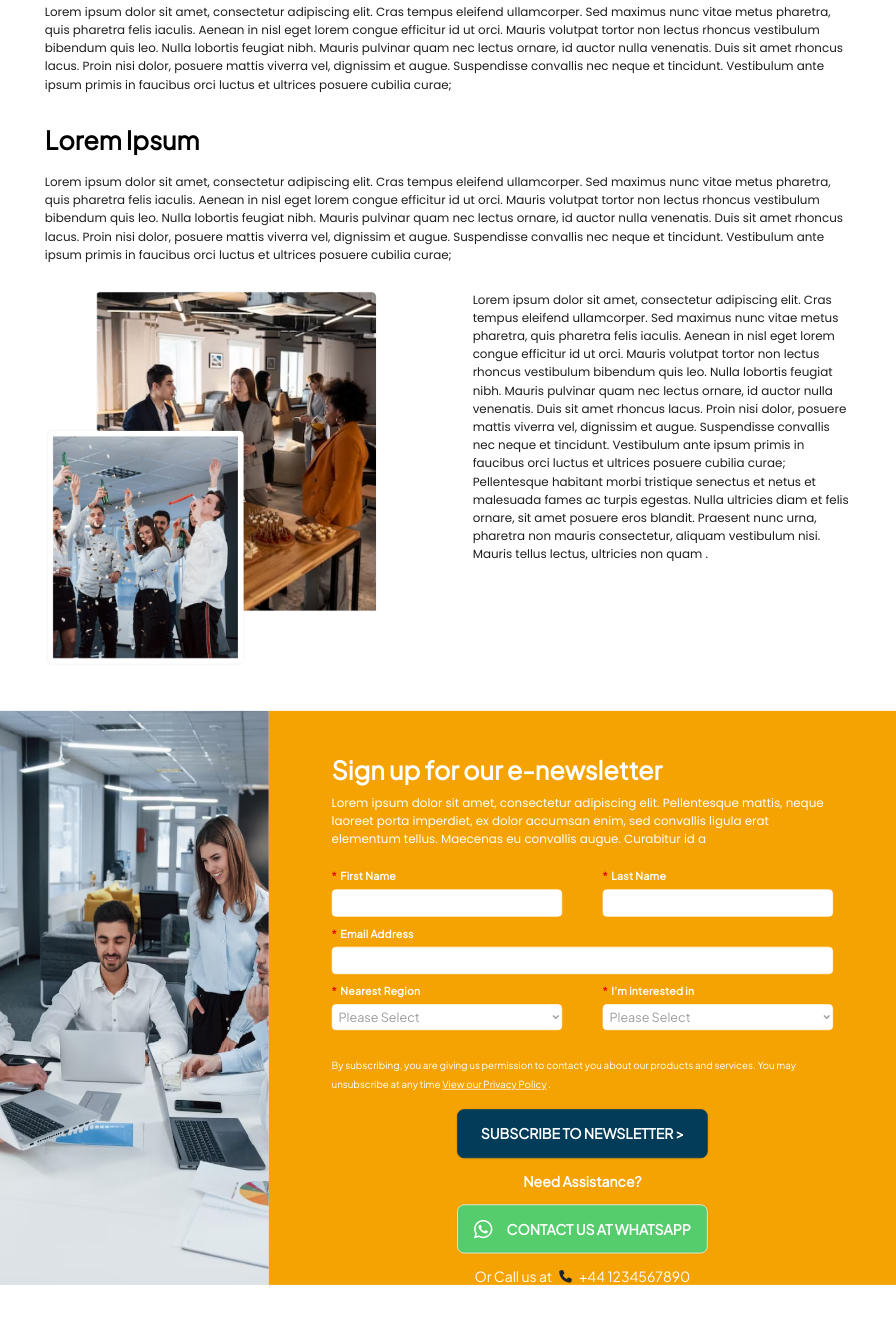
Repository: Akash8377/Hospitality-website
Page: /about-us
An editor plug-in stored every save of this project. The page is shown before and after the next save, followed by the edit.
The browser window is 1280 px wide. The pictures show the part of the page from y = 791 to 2711 px (the page is 2691 px tall before and 2711 px after), at 70% of full size.
Some web libraries are served in a nearby version. The project was rebuilt for these pictures with package versions that can differ from the ones it lists, and the page was loaded fresh each time. Also part of the build but not shown: src/Component/Partial/heading-cont.js, src/Component/Shared/about-us.js, src/Component/Shared/Banner.js, src/Component/Shared/popular-jobs.js, src/Component/Sliders/ServiceSlider.js, src/Component/Sliders/ReviewSlider.js, src/Component/Partial/index-banner.js, src/Component/Partial/index-buisness-banner.js and 2 more.

Above is the page before, as saved 2023-07-07 12:26:25.

### public/index.html
<!-- @format -->

<!DOCTYPE html>
<html lang="en">
  <head>
    <meta charset="utf-8" />
    <link rel="icon" href="%PUBLIC_URL%/favicon.ico" />
    <meta name="viewport" content="width=device-width, initial-scale=1" />
    <meta name="theme-color" content="#000000" />
    <meta
      name="description"
      content="Web site created using create-react-app"
    />
    <link rel="apple-touch-icon" href="%PUBLIC_URL%/logo192.png" />
    <link rel="manifest" href="%PUBLIC_URL%/manifest.json" />

    <link rel="preconnect" href="https://fonts.googleapis.com" />
    <link rel="preconnect" href="https://fonts.gstatic.com" crossorigin />
    <link href="https://fonts.googleapis.com/css2?family=Plus+Jakarta+Sans&family=Poppins&display=swap" rel="stylesheet">
    <title>React App</title>
  </head>
  <body>
    <noscript>You need to enable JavaScript to run this app.</noscript>
    <div id="root"></div>
  </body>
  <script src="https://kit.fontawesome.com/b533b351e4.js" crossorigin="anonymous"></script>
</html>

### src/Css/Lap.css
/** @format */

/* Home Page Banner */
.Banner {
  min-height: 600px;
  max-height: 800px;
  width: 100%;
  background-image: url("../../public/Image/1.png");
  background-size: cover;
  background-repeat: no-repeat;
  position: relative;
}
.Banner h2 {
  color: #fff;
  text-align: center;
  font-size: 60px;
  font-family: Plus Jakarta Sans;
  font-style: normal;
  font-weight: 700;
  line-height: 90px;
}
.Banner p {
  color: rgba(255, 255, 255, 0.7);
  text-align: center;
  font-size: 17px;
  font-family: Plus Jakarta Sans;
  font-style: normal;
  font-weight: 400;
  line-height: 28px;
}

.Banner .two_button {
  display: flex;
  justify-content: center;
  gap: 20px;
}
.Banner .two_button button {
  border-radius: 10px;
  background: #033c59;
  border: 1px solid #033c59;
  box-shadow: 0px 0px 3px 0px rgba(60, 72, 88, 0.15);
  width: 457px;
  color: #fff;
  height: 92px;
  color: #fff;
  font-size: 28px;
  font-family: Plus Jakarta Sans;
  font-style: normal;
  font-weight: 700;
  line-height: normal;
  display: flex;
  justify-content: center;
  align-items: center;
  gap: 20px;
}

.Banner .Bottom_Button {
  border-radius: 10px;
  background: #f5a302;
  box-shadow: 0px 0px 3px 0px rgba(60, 72, 88, 0.15);
  color: #fff;
  text-align: center;
  font-size: 28px;
  font-family: Plus Jakarta Sans;
  font-style: normal;
  font-weight: 700;
  border: 1px solid #f5a302;
  height: 92px;
  width: 666px;
  display: flex;
  justify-content: center;
  align-items: center;
  gap: 20px;
  margin: auto;
  margin-top: 20px;
}

.Banner .content {
  position: absolute;
  top: 50%;
  left: 50%;
  transform: translate(-50%, -50%);
}

/* -------------------------- */

/* Home Page About us Section */
.Three_Div {
  display: flex;
  justify-content: space-evenly;
  gap: 20px;
  flex-wrap: wrap;
  margin-top: 2%;
  padding: 20px;
}
.Three_Div .Item {
  width: 357.126px;
}
.Three_Div .Item .upper {
  width: 100%;
  height: 381.393px;
  position: relative;
  background-image: url("../../public/Image/2.png");
}
.Three_Div .Item .upper .head {
  color: #fff;
  text-align: center;
  font-size: 36px;
  font-family: Plus Jakarta Sans;
  font-style: normal;
  font-weight: 600;
  max-width: 100%;
  width: 100%;
  margin: auto;
  position: absolute;
  bottom: 30px;
  left: 50%;
  transform: translate(-50%);
}
.Three_Div .Item .desc {
  color: #1d1d1d;
  text-align: center;
  font-size: 14px;
  font-family: Poppins;
  font-style: normal;
  font-weight: 400;
  line-height: normal;
  margin-top: 20px;
}
.Three_Div .Item button {
  border-radius: 6px;
  border: 1px solid #f5a302;
  background: #fef6e6;
  padding: 5px 21.02px 5px 21px;
  display: block;
  margin: auto;
  color: #f5a302;
  text-align: center;
  font-size: 15px;
  font-family: Plus Jakarta Sans;
  font-style: normal;
  font-weight: 600;
  line-height: 28px;
  letter-spacing: 0.375px;
}

/* Home Page Heading Container*/
.Center_Heading {
  margin-top: 5%;
}
.Center_Heading h5 {
  color: #161c2d;
  text-align: center;
  font-size: 36px;
  font-family: Plus Jakarta Sans;
  font-style: normal;
  font-weight: 600;
  line-height: 39px;
}
.Center_Heading .desc {
  color: #1d1d1d;
  text-align: center;
  font-size: 14px;
  font-family: Poppins;
  font-style: normal;
  font-weight: 400;
  line-height: normal;
  max-width: 600px;
  margin: auto;
}

/* Home Page Popular Jobs */
.Popular_Jobs {
  padding: 20px;
}
.Popular_Jobs table {
  table-layout: fixed;
  width: 90%;
  margin: auto;
  text-align: center;
}
.Popular_Jobs table tbody td .flex-cont {
  display: flex;
  gap: 5px;
  justify-content: center;
  align-items: center;
}

.Popular_Jobs table tbody tr {
  margin-top: 30px 0 !important;
  border-radius: 4px;
  background: rgba(255, 255, 255, 0);
  box-shadow: 0px 0px 3px 0px rgba(60, 72, 88, 0.15);
  border: 1px solid rgba(255, 255, 255, 0);
}
.Popular_Jobs table tbody tr td {
  padding: 10px;
}
.Popular_Jobs table tbody td .flex-cont p {
  color: #161c2d;
  font-size: 17px;
  font-family: Plus Jakarta Sans;
  font-style: normal;
  font-weight: 600;
  line-height: 28px;
  margin: 0;
}
.Popular_Jobs table tbody td .flex-cont button {
  border-radius: 6px;
  border: 1px solid #005479;
  background: #005479;
  color: #fff;
  text-align: center;
  font-size: 15px;
  font-family: Plus Jakarta Sans;
  font-style: normal;
  font-weight: 600;
  line-height: 28px;
  letter-spacing: 0.375px;
}
.Popular_Jobs table tbody td .flex-cont i {
  color: #005479;
  width: 40px;
  height: 40px;
  border: 1px solid #005479;
  text-align: center;
  border-radius: 100%;
  background-color: rgba(3, 0, 129, 0.05);
  padding: 10px;
}
.Popular_Jobs table tbody td .flex-vertical-cont {
  display: flex;
  flex-direction: column;
}
.Popular_Jobs table tbody td .flex-vertical-cont p {
  margin: 0;
  color: #161c2d;
  font-size: 15px;
  font-family: Plus Jakarta Sans;
  font-style: normal;
  font-weight: 700;
  line-height: 28px;
}
.Popular_Jobs table tbody td .flex-vertical-cont select {
  border-radius: 6px;
  border: 1px solid #777;
  background: #eee;
  width: 164px;
  margin: auto;
  outline: none;
  color: #777;
  font-size: 14px;
  font-family: Plus Jakarta Sans;
  font-style: normal;
  font-weight: 400;
  line-height: 20px;
}
.Popular_Jobs table tbody td .flex-vertical-cont div {
  display: flex;
  gap: 5px;
  align-items: center;
  justify-content: center;
}
.Popular_Jobs table tbody td .flex-vertical-cont div p {
  color: #94a3b8;
  font-size: 15px;
  font-family: Plus Jakarta Sans;
  font-style: normal;
  font-weight: 400;
  line-height: 28px;
}
.Popular_Jobs table tbody td .flex-vertical-cont div i {
  color: #94a3b8;
}

/* Home Page Service Slider */
.Service_Slider_Container {
  position: relative;
  margin-top: 20px;
}
.Service_Slider_Container .Service_Slider .Main {
  width: 421px !important;
  height: 506px !important;
  position: relative;
  display: block !important;
  margin: auto;
}
.Service_Slider_Container .Service_Slider .Main img {
  position: absolute;
  top: 0;
  bottom: 0;
  left: 0;
  right: 0;
  z-index: -1;
}
.Service_Slider_Container .slick-arrow {
  display: none !important;
}

.Service_Slider_Container .Service_Slider .Main .head {
  color: #fff;
  text-align: center;
  font-size: 36px;
  font-family: Plus Jakarta Sans;
  font-style: normal;
  font-weight: 600;
  line-height: 28px;
  position: absolute;
  top: 50%;
  left: 50%;
  transform: translate(-50%, -50%);
  width: 100%;
}
.Service_Slider_Container .Service_Slider .Main button {
  display: flex;
  gap: 10px;
  align-items: center;
  border-radius: 6px;
  border: 1px solid #fff;
  background: #fff;
  width: 148.49px;
  height: 37.865px;
  color: #000;
  text-align: center;
  font-size: 15px;
  font-family: Plus Jakarta Sans;
  font-style: normal;
  font-weight: 600;
  line-height: 28px;
  letter-spacing: 0.375px;
  position: absolute;
  top: 70%;
  left: 50%;
  transform: translate(-50%, -50%);
  text-align: center;
  justify-content: center;
}

/* Home Page Review Slider */
.Review_Slider_Container {
  position: relative;
  margin-top: 30px;
  margin-bottom: 20px;
}
.Review_Slider_Container .Review_Slider .Main {
  width: 357px !important;
  height: 466px !important;
  position: relative;
  display: block !important;
  margin: auto;
  background: #fff;
  box-shadow: 0px 20px 40px 10px rgba(159, 159, 159, 0.15),
    0px -10px 50px 0px rgba(0, 0, 0, 0.1);
  padding: 20px;
}

.Review_Slider_Container .slick-arrow {
  display: none !important;
}
.Review_Slider_Container .Review_Slider .Main .User_Profile {
  display: flex;
  justify-content: space-between;
  max-width: 90%;
  gap: 10px;
  align-items: center;
}

.Review_Slider_Container .Review_Slider .Main .User_Profile img {
  width: 73px;
  height: 73px;
  border-radius: 100%;
}
.Review_Slider_Container .Review_Slider .Main .User_Profile p {
  margin: 0;
}

.Review_Slider_Container .Review_Slider .Main .User_Profile div .head {
  color: #000;
  font-size: 22px;
  font-family: Plus Jakarta Sans;
  font-style: normal;
  font-weight: 700;
  line-height: 39px;
}
.Review_Slider_Container .Review_Slider .Main .User_Profile div .desc {
  color: #9c9c9c;
  font-size: 15px;
  font-family: Plus Jakarta Sans;
  font-style: normal;
  font-weight: 700;
  line-height: 39px;
}

.Review_Slider_Container .Review_Slider .Main .Reviews {
  display: flex;
  align-items: center;
  justify-content: space-between;
  margin-top: 10px;
}
.Review_Slider_Container .Review_Slider .Main .Reviews div {
  display: flex;
  gap: 5px;
}
.Review_Slider_Container .Review_Slider .Main .Reviews div i {
  color: #ffc107;
  font-size: 23px;
}

.Review_Slider_Container .Review_Slider .Main .Reviews p {
  margin: 0;
  color: #9c9c9c;
  font-size: 15px;
  font-family: Plus Jakarta Sans;
  font-style: normal;
  font-weight: 700;
  line-height: 39px;
}
.Review_Slider_Container .Review_Slider .Main .content {
  text-align: left;
  margin-top: 10px;
}
.Review_Slider_Container .Review_Slider .Main .content p {
  color: #000;
  font-size: 17px;
  font-family: Plus Jakarta Sans;
  font-style: normal;
  font-weight: 400;
  line-height: 28px;
}

/* Index Two Sec Banner */
.Index_Banner_Two_Sec {
  display: flex;
  width: 90%;
  margin: auto;
  align-items: stretch;
  margin-top: 2%;
  justify-content: center;
  height: 550px;
  max-width: 1200px;
  margin-bottom: 20px;
}
.Index_Banner_Two_Sec .left {
  width: 30%;
  display: flex;
  justify-content: flex-end;
}
.Index_Banner_Two_Sec .left img {
  width: auto;
  max-height: 100%;
}

.Index_Banner_Two_Sec .right {
  width: 70%;
  background-color: #f5a302;
  position: relative;
}
.Index_Banner_Two_Sec .right .content {
  position: absolute;
  top: 50%;
  left: 50%;
  transform: translate(-50%, -50%);
  width: 90%;
  margin: auto;
}
.Index_Banner_Two_Sec .right .content h5 {
  color: #fff;
  font-family: Plus Jakarta Sans;
  font-size: 36px;
  font-style: normal;
  font-weight: 600;
  line-height: 54px;
}
.Index_Banner_Two_Sec .right .content p {
  color: #fff;
  font-family: Plus Jakarta Sans;
  font-size: 17px;
  font-style: normal;
  line-height: 28px;
}
.Index_Banner_Two_Sec .right .content ul {
  list-style: none;
  padding-left: 0;
}
.Index_Banner_Two_Sec .right .content ul li {
  display: flex;
  gap: 10px;
  align-items: center;
}
.Index_Banner_Two_Sec .right .content ul li span {
  color: #fff;
  font-family: Plus Jakarta Sans;
  font-size: 15px;
  font-style: normal;
  font-weight: 400;
  line-height: 28px;
}

/* Index Buisness Banner */
.Index_Buisness_Banner {
  display: flex;
  justify-content: space-evenly;
  width: 90%;
  margin: auto;
  margin-top: 5%;
}
.Index_Buisness_Banner .left {
  width: 50%;
  padding: 20px;
}
.Index_Buisness_Banner .left h5 {
  color: #161c2d;
  font-family: Plus Jakarta Sans;
  font-size: 36px;
  font-style: normal;
  font-weight: 600;
  line-height: 39px;
}
.Index_Buisness_Banner .left p {
  color: #1d1d1d;
  font-family: Poppins;
  font-size: 14px;
  font-style: normal;
  font-weight: 400;
  line-height: normal;
  max-width: 60%;
}
.Index_Buisness_Banner .left .Two_Sec {
  display: flex;
  justify-content: space-between;
  flex-wrap: wrap;
}

.Index_Buisness_Banner .left .Two_Sec .Main {
  width: 49%;
  border-radius: 4px;
  background: #f8fafc;
  box-shadow: 0px 0px 3px 0px rgba(60, 72, 88, 0.15);
  padding: 20px;
  display: flex;
  align-items: flex-start;
  gap: 10px;
  margin-top: 20px;
}
.Index_Buisness_Banner .left .Two_Sec .Main div {
  display: flex;
  flex-direction: column;
  width: 60%;
}
.Index_Buisness_Banner .left .Two_Sec .Main div h6 {
  color: #161c2d;
  font-family: Plus Jakarta Sans;
  font-size: 16px;
  font-style: normal;
  font-weight: 600;
  line-height: 28px;
}

.Index_Buisness_Banner .left .Two_Sec .Main div p {
  color: #005479;
  font-family: Plus Jakarta Sans;
  font-size: 14px;
  font-style: normal;
  font-weight: 400;
  line-height: 20px;
  width: 100%;
}
.Index_Buisness_Banner .left .Last_Text {
  display: flex;
  gap: 10px;
  color: #94a3b8;
  text-align: center;
  font-family: Plus Jakarta Sans;
  font-size: 15px;
  font-style: normal;
  font-weight: 600;
  line-height: 28px;
  letter-spacing: 0.375px;
  align-items: center;

  margin: 0;
  margin-top: 10px;
}
.Index_Buisness_Banner .right {
  width: 30%;
}
.Index_Buisness_Banner .right img {
  max-width: 100%;
  display: block;
  margin: auto;
}

/* Footer  */
.Footer {
  background: #f5a302;
  margin-top: 5%;
  padding-bottom: 50px;
}
.Footer .Upper_Div {
  display: flex;
  width: 90%;
  margin: auto;
  justify-content: space-between;
  padding-top: 2%;
  align-items: center;
}
.Footer .Upper_Div div {
  width: 15%;
}
.Footer .Upper_Div div p {
  margin: 0;
  color: #fff;
  font-family: Plus Jakarta Sans;
  font-size: 20px;
  font-style: normal;
  font-weight: 800;
  line-height: normal;
}
.Footer .Upper_Div div button {
  color: #fff;
  text-align: center;
  font-family: Plus Jakarta Sans;
  font-size: 16px;
  font-style: normal;
  font-weight: 800;
  border-radius: 8px;
  background: #005479;
  border: 1px solid #005479;
  width: 100%;
  padding: 10px;
  line-height: normal;
}

.Footer .Down_Div {
  display: flex;
  justify-content: space-between;
  width: 90%;
  margin: auto;
  margin-top: 40px;
}

.Footer .Down_Div .left h5 {
  color: #fff;
  font-family: Plus Jakarta Sans;
  font-size: 26px;
  font-style: normal;
  font-weight: 700;
  line-height: 39px;
}
.Footer .Down_Div .left .two_sec {
  display: flex;
  align-items: center;
  gap: 10px;
  margin-top: 30px;
}
.Footer .Down_Div .left .two_sec p {
  margin: 0;
  color: #fff;
  font-family: Plus Jakarta Sans;
  font-size: 17px;
  font-style: normal;
  font-weight: 500;
  line-height: normal;
}
.Footer .Down_Div .left .two_sec i {
  color: #fff;
  font-size: 20px;
}

.Footer .Down_Div .left .copyRight {
  color: #fff;
  font-family: Plus Jakarta Sans;
  font-size: 20px;
  margin-top: 40px;
  font-style: normal;
  font-weight: 500;
  line-height: normal;
}

/* About Us Page */
.AboutUs {
  min-height: 600px;
  max-height: 800px;
  width: 100%;
  background-image: url("../../public/Image/11.png");
  background-size: cover;
  background-repeat: no-repeat;
  position: relative;
}
.AboutUs h2 {
  color: #fff;
  text-align: center;
  font-size: 36px;
  font-family: Plus Jakarta Sans;
  font-style: normal;
  font-weight: 700;
  line-height: 90px;
}
.AboutUs p {
  color: rgba(255, 255, 255, 0.7);
  text-align: center;
  font-size: 14px;
  font-family: Plus Jakarta Sans;
  font-style: normal;
  font-weight: 400;
  line-height: 28px;
}

.AboutUs .content {
  position: absolute;
  top: 60%;
  left: 50%;
  transform: translate(-50%, -50%);
}

.About_Us-Content {
  width: 90%;
  margin: auto;
  margin-top: 3%;
}
.About_Us-Content h5 {
  color: #000;
  font-family: Plus Jakarta Sans;
  font-size: 36px;
  font-style: normal;
  font-weight: 600;
  line-height: 54px;
}
.About_Us-Content p {
  color: #1d1d1d;
  font-family: Poppins;
  font-size: 17px;
  font-style: normal;
  font-weight: 400;
  line-height: normal;
  margin-top: 20px;
}

.About_Us-two_Sec {
  display: flex;
  width: 90%;
  margin: auto;
  justify-content: space-between;
  margin-top: 3%;
}
.About_Us-two_Sec .right {
  width: 70%;
  text-align: left;
  display: flex;
  justify-content: flex-end;
}
.About_Us-two_Sec .right p {
  max-width: 80%;
  color: #1d1d1d;
  font-family: Poppins;
  font-size: 17px;
  font-style: normal;
  font-weight: 400;
  line-height: normal;
}

.About-Us_Newsletter {
  display: flex;
  align-items: stretch;
  max-height: 900px;
  margin-top: 5%;
  margin-bottom: 5%;
}
.About-Us_Newsletter .left {
  width: 30%;
}
.About-Us_Newsletter .left img {
  height: 100%;
  width: 100%;
}

.About-Us_Newsletter .right {
  background: #f5a302;
  width: 70%;
  padding-top: 5%;
}
.About-Us_Newsletter .right .content {
  width: 80%;
  margin: auto;
}
.About-Us_Newsletter .right .content h5 {
  color: #fff;
  font-family: Plus Jakarta Sans;
  font-size: 36px;
  font-style: normal;
  font-weight: 700;
  line-height: 39px;
}
.About-Us_Newsletter .right .content .desc {
  color: #fff;
  font-family: Poppins;
  font-size: 17px;
  font-style: normal;
  font-weight: 400;
  line-height: normal;
  margin-top: 2%;
}
.About-Us_Newsletter .right .content form {
  margin-top: 2%;
}
.About-Us_Newsletter .right .content form .Two_Inputs {
  display: flex;
  gap: 20px;
  justify-content: space-between;
  align-items: center;
}
.About-Us_Newsletter .right .content form .Two_Inputs div {
  width: 46%;
  display: flex;
  flex-direction: column;
  gap: 5px;
  margin-top: 10px;
}
.About-Us_Newsletter .right .content form .Two_Inputs div label {
  color: #fff;
  font-family: Plus Jakarta Sans;
  font-size: 15px;
  font-style: normal;
  font-weight: 700;
  line-height: 28px;
  letter-spacing: 0.375px;
  display: flex;
  gap: 5px;
}
.About-Us_Newsletter .right .content form .Two_Inputs div label span {
  color: #e51111;
}
.About-Us_Newsletter .right .content form .Two_Inputs div input {
  border-radius: 6px;
  border: 1px solid #fff;
  background: #fff;
  width: 100%;
  padding: 5px;
  outline: none;
  font-family: Plus Jakarta Sans;
  font-size: 18px;
  font-style: normal;
}
.About-Us_Newsletter .right .content form .Single_Input {
  margin-top: 10px;
}
.About-Us_Newsletter .right .content form .Single_Input div {
  width: 100%;
  display: flex;
  flex-direction: column;
  gap: 5px;
}
.About-Us_Newsletter .right .content form .Single_Input div label {
  color: #fff;
  font-family: Plus Jakarta Sans;
  font-size: 15px;
  font-style: normal;
  font-weight: 700;
  line-height: 28px;
  letter-spacing: 0.375px;
  display: flex;
  gap: 5px;
}
.About-Us_Newsletter .right .content form .Single_Input div input {
  border-radius: 6px;
  border: 1px solid #fff;
  background: #fff;
  width: 100%;
  padding: 5px;
  outline: none;
  font-family: Plus Jakarta Sans;
  font-size: 18px;
  font-style: normal;
}
.About-Us_Newsletter .right .content form .Single_Input div label span {
  color: #e51111;
}
.About-Us_Newsletter .right .content form .Two_Inputs div select {
  border-radius: 6px;
  border: 1px solid #fff;
  background: #fff;
  width: 100%;
  padding: 5px;
  outline: none;
  font-family: Plus Jakarta Sans;
  font-size: 18px;
  font-style: normal;
  color: #9c9c9c;
}

.About-Us_Newsletter .right .content .Policy {
  color: #fff;
  font-family: Plus Jakarta Sans;
  font-size: 14px;
  font-style: normal;
  font-weight: 400;
  line-height: 28px;
  margin-top: 5%;
}
.About-Us_Newsletter .right .content .Policy span {
  text-decoration: underline;
}
.About-Us_Newsletter .right .content .NewsLetter_Button {
  border-radius: 10px;
  background: #033c59;
  box-shadow: 0px 0px 3px 0px rgba(60, 72, 88, 0.15);
  width: 50%;
  display: block;
  margin: auto;
  border: 1px solid #033c59;
  color: #fff;
  text-align: center;
  font-family: Plus Jakarta Sans;
  font-size: 20px;
  font-style: normal;
  font-weight: 700;
  line-height: normal;
  height: 70px;
  margin-top: 3%;
}

.About-Us_Newsletter .right .content .Assistance_P {
  color: #fff;
  font-family: Plus Jakarta Sans;
  font-size: 20px;
  font-style: normal;
  font-weight: 700;
  line-height: normal;
  text-align: center;
  margin-top: 20px;
}

.About-Us_Newsletter .right .content .Whatsapp_Button {
  border-radius: 10px;
  background: #55CD6C;
  box-shadow: 0px 0px 3px 0px rgba(60, 72, 88, 0.15);
  width: 50%;
  margin: auto;
  border: 1px solid #fff;
  color: #fff;
  text-align: center;
  font-family: Plus Jakarta Sans;
  font-size: 20px;
  font-style: normal;
  font-weight: 700;
  line-height: normal;
  height: 70px;
  margin-top: 3%;
  display: flex;
justify-content: center;
align-items: center;
gap: 20px;
}
.About-Us_Newsletter .right .content .Whatsapp_Button i{
  font-size: 30px;
}
.About-Us_Newsletter .right .content .contact_Detail {
  display: flex;
  justify-content: center;
  gap: 10px;
  align-items: center;
  margin-top: 20px;
}
.About-Us_Newsletter .right .content .contact_Detail p {
  margin: 0;
  color: #FFF;
text-align: center;
font-family: Plus Jakarta Sans;
font-size: 20px;
font-style: normal;
font-weight: 400;
line-height: normal;
}
.About-Us_Newsletter .right .content .contact_Detail i{
  font-size: 18px;
}

Loaded but not shown: src/index.js (common file); src/Component/Partial/About Us Component/Newsletter.js (91 lines, source omitted); src/Component/Partial/About Us Component/two-section.js (33 lines, source omitted); src/Component/Partial/About Us Component/Banner.js (18 lines, source omitted); src/Component/Navbar/Navbar.js (45 lines, source omitted); src/Component/Partial/About Us Component/content-description.js (12 lines, source omitted); src/Pages/AboutUs.js (23 lines, source omitted); src/App.js (24 lines, source omitted); src/Css/Navbar.css (72 lines, source omitted); src/index.css (16 lines, source omitted)

After the next save:
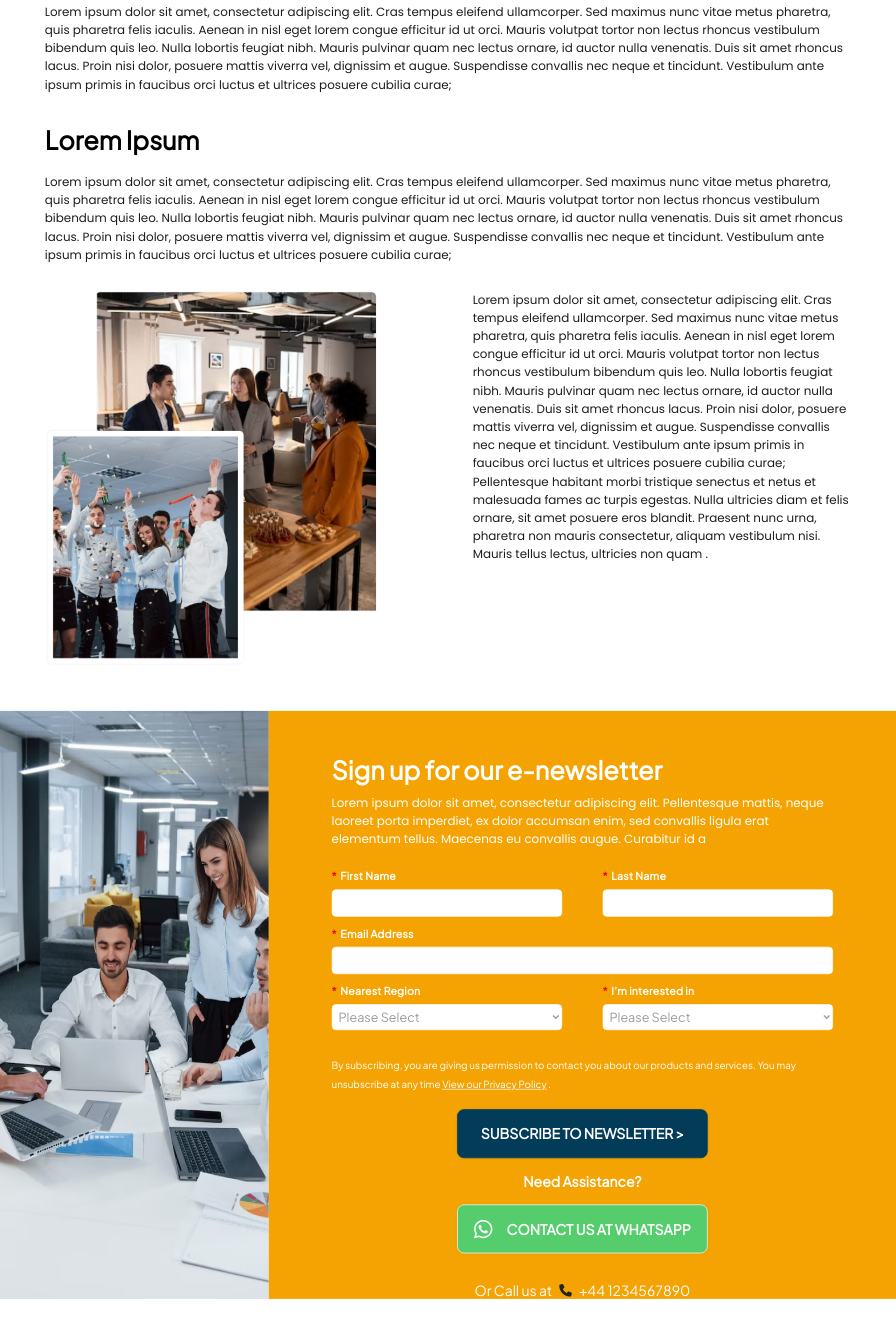
Saved 10 s later.
--- a/src/Css/Lap.css
+++ b/src/Css/Lap.css
@@ -932,7 +932,7 @@
 
 .About-Us_Newsletter .right .content .Whatsapp_Button {
   border-radius: 10px;
-  background: #55CD6C;
+  background: #55cd6c;
   box-shadow: 0px 0px 3px 0px rgba(60, 72, 88, 0.15);
   width: 50%;
   margin: auto;
@@ -947,11 +947,11 @@
   height: 70px;
   margin-top: 3%;
   display: flex;
-justify-content: center;
-align-items: center;
-gap: 20px;
-}
-.About-Us_Newsletter .right .content .Whatsapp_Button i{
+  justify-content: center;
+  align-items: center;
+  gap: 20px;
+}
+.About-Us_Newsletter .right .content .Whatsapp_Button i {
   font-size: 30px;
 }
 .About-Us_Newsletter .right .content .contact_Detail {
@@ -959,18 +959,18 @@ gap: 20px;
   justify-content: center;
   gap: 10px;
   align-items: center;
-  margin-top: 20px;
+  margin-top: 40px;
 }
 .About-Us_Newsletter .right .content .contact_Detail p {
   margin: 0;
-  color: #FFF;
-text-align: center;
-font-family: Plus Jakarta Sans;
-font-size: 20px;
-font-style: normal;
-font-weight: 400;
-line-height: normal;
-}
-.About-Us_Newsletter .right .content .contact_Detail i{
+  color: #fff;
+  text-align: center;
+  font-family: Plus Jakarta Sans;
+  font-size: 20px;
+  font-style: normal;
+  font-weight: 400;
+  line-height: normal;
+}
+.About-Us_Newsletter .right .content .contact_Detail i {
   font-size: 18px;
 }
